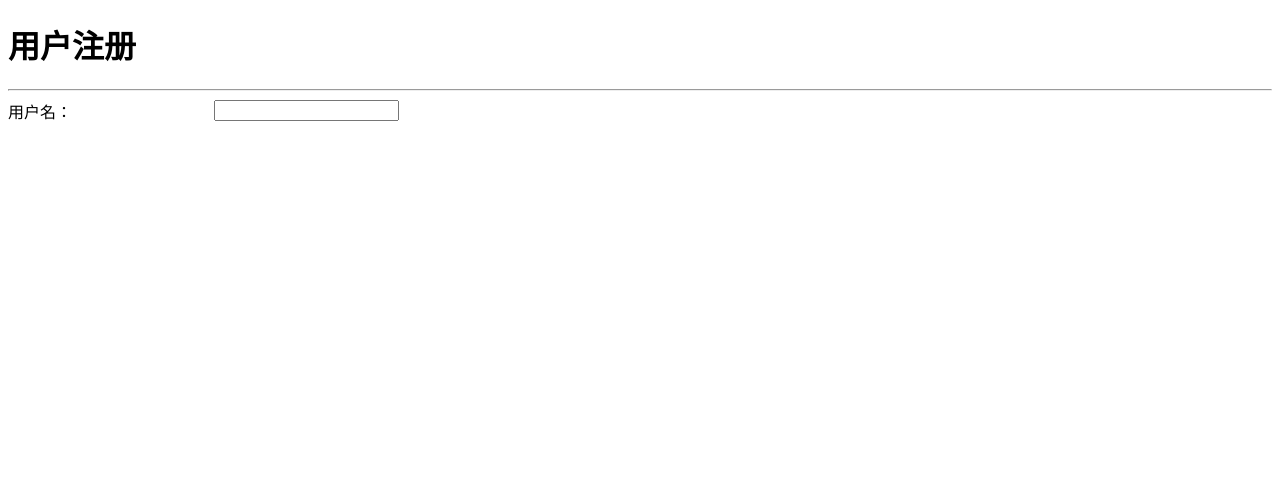
Repository: chengshide/Servlet
Page: http://localhost/ServletGetFormInfoDemo/reg.jsp
The author's editor kept a copy of each file at every save. The page is drawn from the files as they stood at one save, then again after the next save.
The browser window is 1280 px wide. The pictures show the whole page.
The page is served by Tomcat 9. Nobody is signed in. The application's start-up code is not run.

Above is the page before, as saved 2020-05-16 06:27:54.

After the next save:
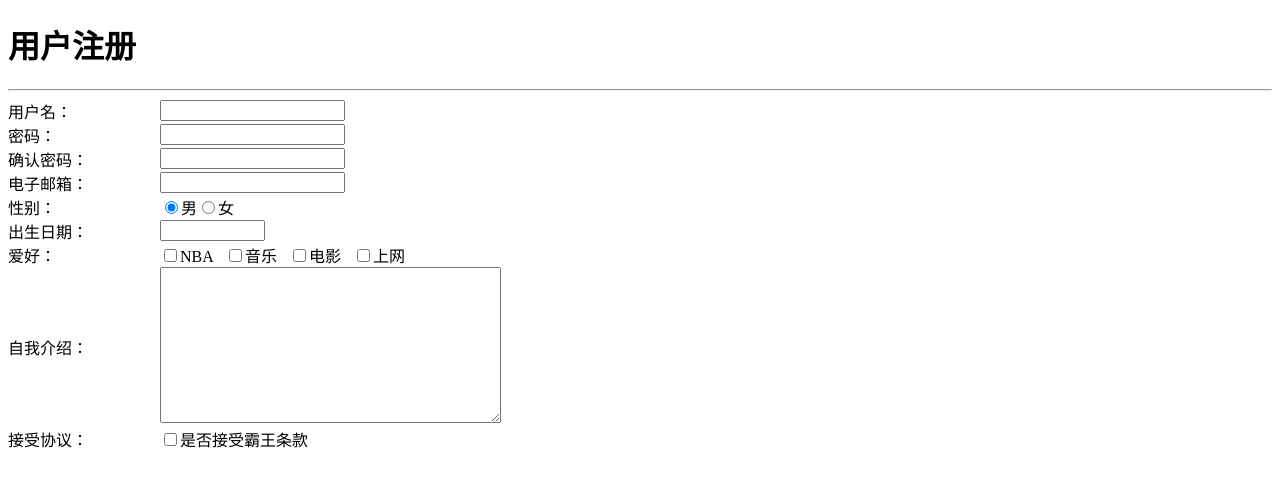
Saved 21 min 32 s later.
--- a/eclipseworlk/ServletGetFormInfoDemo/WebContent/reg.jsp
+++ b/eclipseworlk/ServletGetFormInfoDemo/WebContent/reg.jsp
@@ -15,6 +15,43 @@
          <td class="lalel">用户名：</td>
          <td class="controler"><input type="text" name="username" /></td>
        </tr>
+       <tr>
+         <td class="lalel">密码：</td>
+         <td calss="controler"><input type="password" name="mypassword" /></td>
+       </tr>
+       <tr>
+         <td class="lalel">确认密码：</td>
+         <td calss="controler"><input type="password" name="confirmpass"></td>
+       </tr>
+       <tr>
+         <td class="lalel">电子邮箱：</td>
+         <td calss="controler"><input type="text" name="email" /></td>
+       </tr>
+       <tr>
+         <td class="lalel">性别：</td>
+         <td calss="controler"><input type="radio" name="gender" checked="checked" value="Male">男<input type="radio" name="gender" value="Female" />女</td>
+       </tr>
+       <tr>
+         <td class="lalel">出生日期：</td>
+         <td calss="controler"><input type="text" name="birtday" id="control_date" size="10" maxlength="10" onclick="new Calendar().show(this);" readonly="readonly" /></td>
+       </tr>
+       <tr>
+         <td class="lalel">爱好：</td>
+         <td calss="controler">
+         <input type="checkbox" name="favorite" value="nba">NBA &nbsp;
+         <input type="checkbox" name="favorite" value="music">音乐 &nbsp;
+         <input type="checkbox" name="favorite" value="movie">电影 &nbsp;
+         <input type="checkbox" name="favorite" value="internet">上网 &nbsp;
+         </td>
+       </tr>
+       <tr>
+         <td class="lalel">自我介绍：</td>
+         <td class="controler"><textarea name="introduce" rows="10" cols="40"></textarea></td>
+       </tr>
+       <tr>
+         <td class="lalel">接受协议：</td>
+         <td class="controler"><input type="checkbox" name="isAccept" value="true" />是否接受霸王条款</td>
+       </tr>
      </table>
    </form>
 </body>
